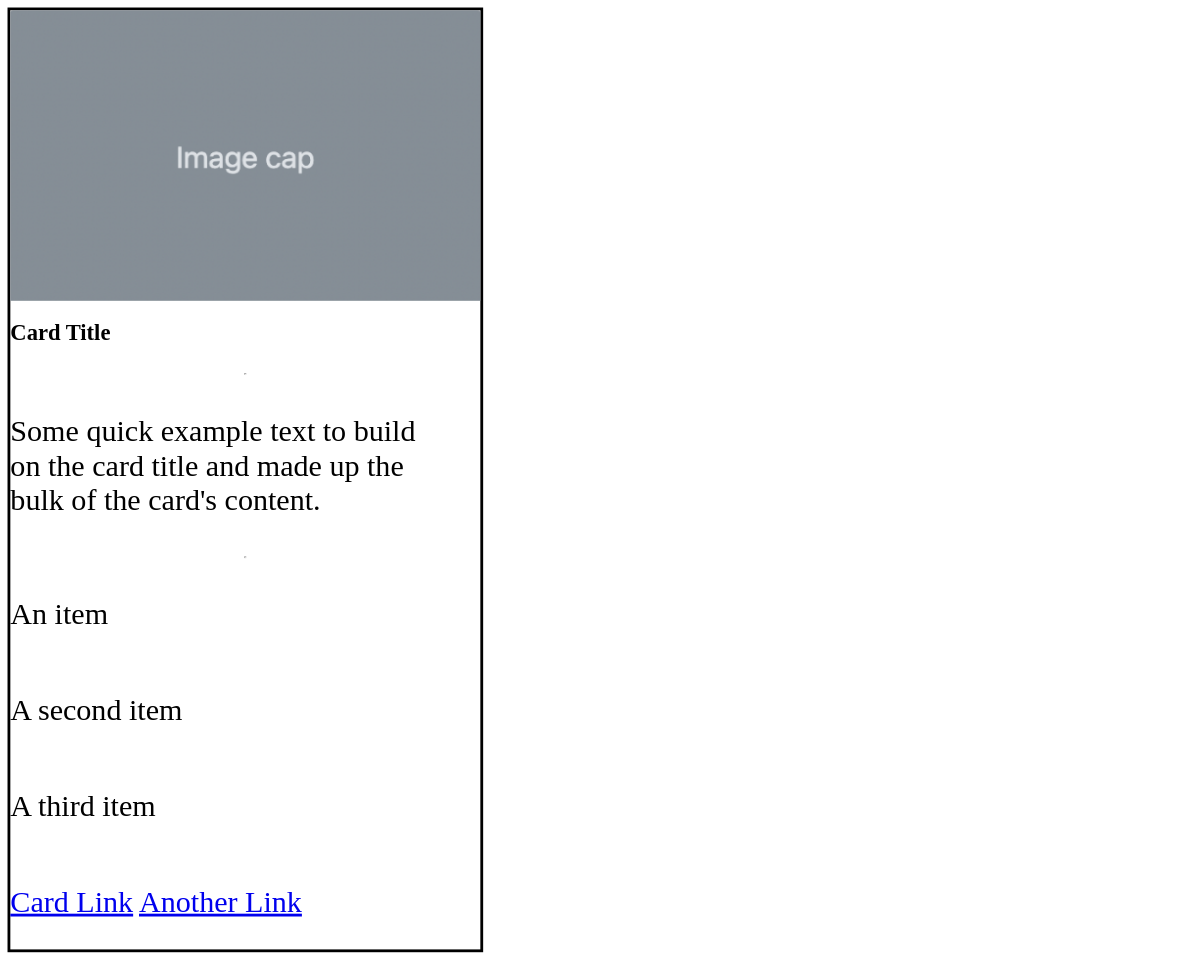
Repository: tr2cky/jsx-exercise
Page: 04 Card/card.html
The author's editor kept a copy of each file at every save. The page is drawn from the files as they stood at one save, then again after the next save.
The browser window is 1280 px wide. The pictures show the whole page, at 94% of full size.

Above is the page before, as saved 2022-09-27 16:12:29.

### 04 Card/card.html
<!DOCTYPE html>
<html lang="en">

<head>
    <meta charset="UTF-8">
    <meta http-equiv="X-UA-Compatible" content="IE=edge">
    <meta name="viewport" content="width=device-width, initial-scale=1.0">
    <title>Document</title>
    <link rel="stylesheet" href="style.css">
</head>

<body>
    <article class="container">
        <img src="imagecap.png" alt="Image Cap">
        <h2>Card Title</h2>
        <hr>
        <p>Some quick example text to build <br>
            on the card title and made up the <br>
            bulk of the card's content.</p>
        <hr>
        <p>An item</p>
        <p>A second item</p>
        <p>A third item</p>
        <p><a href="https://google.com">Card Link</a> <a href="https://twitter.com">Another Link</a></p>
    </article>
</body>

</html>

### 04 Card/style.css
.container {
    display: flex;
    flex-direction: column;
    border: 3px solid black;
    max-width: 500px;
    gap: 1px;
}
.container > img {
    width: 500px;
}
.container > p {
    font-size: 2rem;
}
hr {
    display: block;
    margin-top: 0.5em;
    margin-bottom: 0.5em;
    margin-left: auto;
    margin-right: auto;
    border-style: inset;
    border-width: 1px;
  }

After the next save:
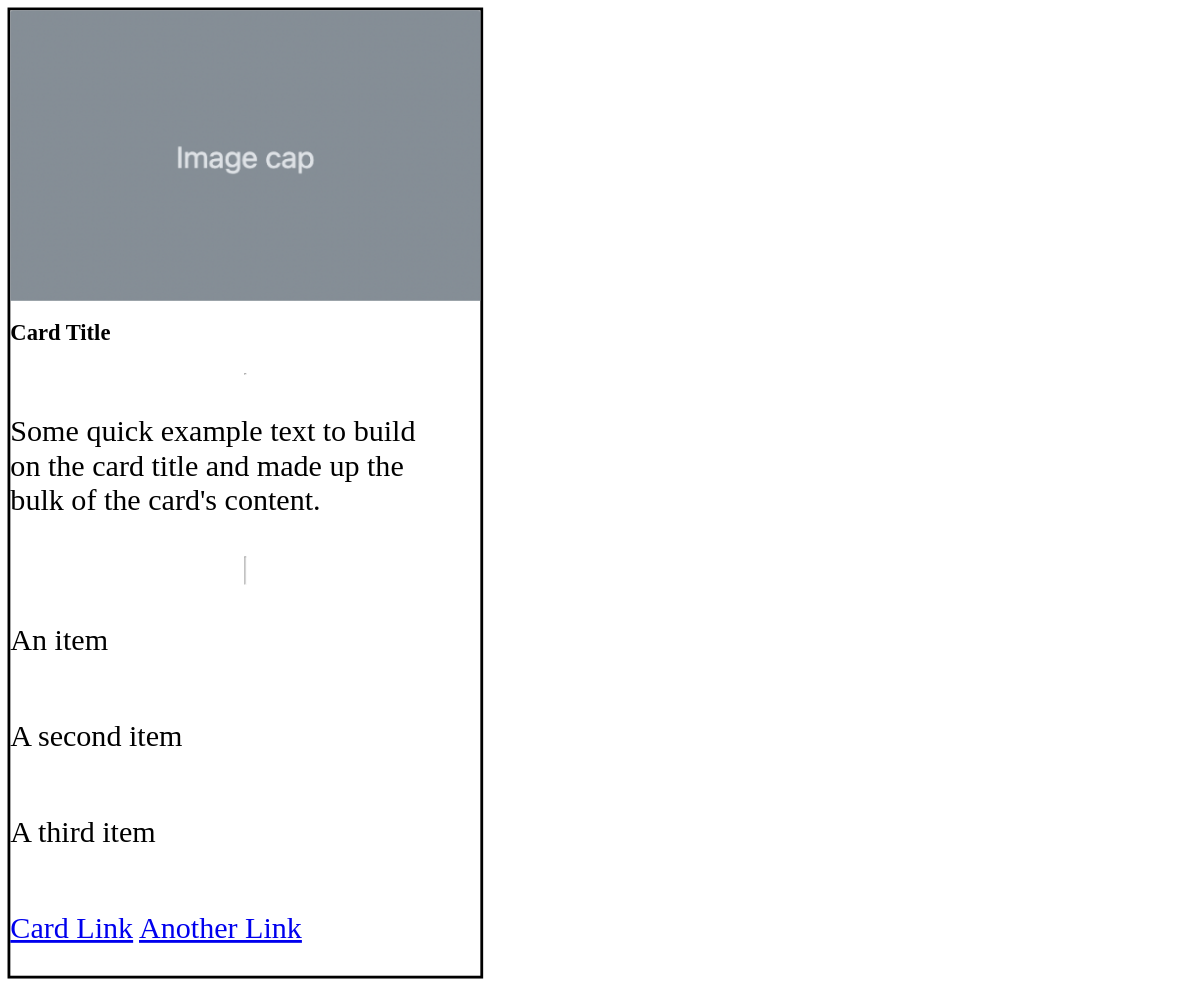
Saved 98 s later.
--- a/04 Card/card.html
+++ b/04 Card/card.html
@@ -17,7 +17,7 @@
         <p>Some quick example text to build <br>
             on the card title and made up the <br>
             bulk of the card's content.</p>
-        <hr>
+        <hr size="30">
         <p>An item</p>
         <p>A second item</p>
         <p>A third item</p>
--- a/04 Card/style.css
+++ b/04 Card/style.css
@@ -11,12 +11,3 @@
 .container > p {
     font-size: 2rem;
 }
-hr {
-    display: block;
-    margin-top: 0.5em;
-    margin-bottom: 0.5em;
-    margin-left: auto;
-    margin-right: auto;
-    border-style: inset;
-    border-width: 1px;
-  }
